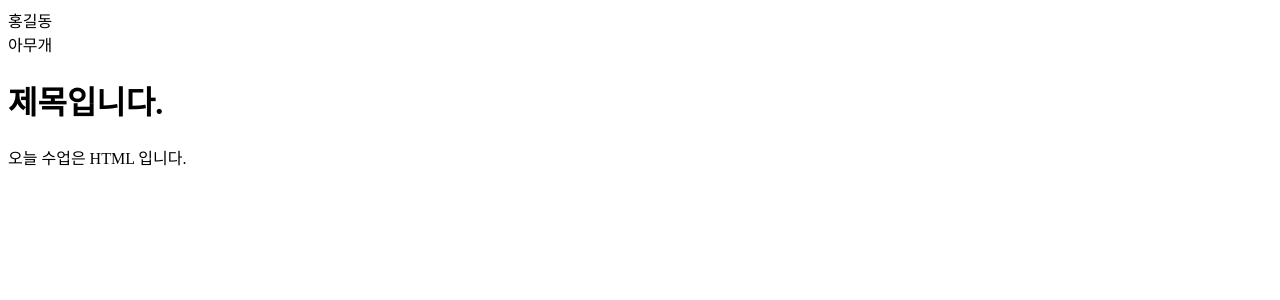
Repository: kmd192kmd/Web
Page: html/HtmlTest/src/main/webapp/WEB-INF/ex03.html
The author's editor kept a copy of each file at every save. The page is drawn from the files as they stood at one save, then again after the next save.
The browser window is 1280 px wide. The pictures show the whole page.

Above is the page before, as saved 2026-02-12 05:25:41.

After the next save:
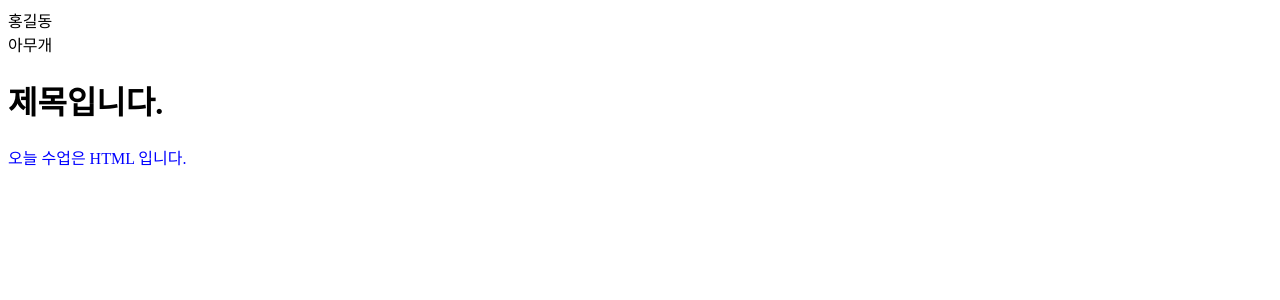
Saved 21 s later.
--- a/html/HtmlTest/src/main/webapp/WEB-INF/ex03.html
+++ b/html/HtmlTest/src/main/webapp/WEB-INF/ex03.html
@@ -4,7 +4,7 @@
 <meta charset="UTF-8">
 <title>Insert title here</title>
 <style>
-	{border : 1px;}
+	{div border 1px;}
 </style>
 </head>
 <body>
@@ -39,7 +39,7 @@
 
 	 <h1> 제목입니다.</h1>
 
-	 <font>오늘 수업은 HTML 입니다.</font>
+	 <font color="blue">오늘 수업은 HTML 입니다.</font>
 
 </body>
 </html>
